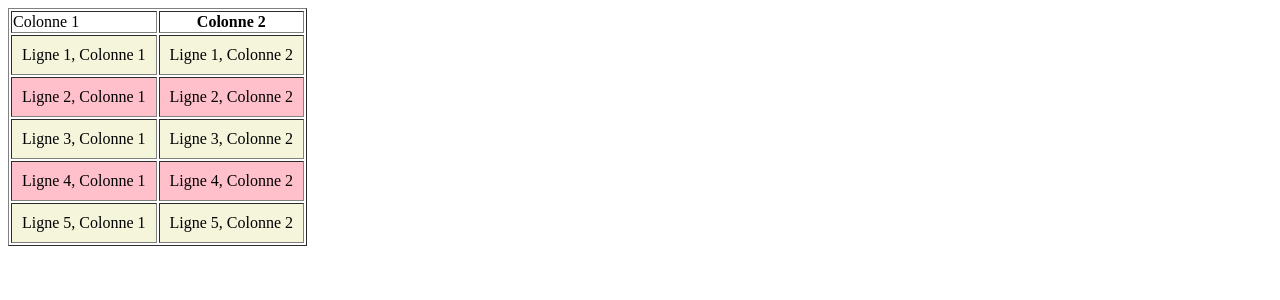
Repository: Chaimaa482/web-tp4
Page: ex1.html
The author's editor kept a copy of each file at every save. The page is drawn from the files as they stood at one save, then again after a run of saves.
The browser window is 1280 px wide. The pictures show the whole page.

Above is the page before, as saved 2023-10-22 15:38:01.

### ex1.html
<!DOCTYPE html>
<html>
<head>
</head>
<body>
    <table id="myTable" border="1">
        <tr>
            <td>Colonne 1</td>
            <th>Colonne 2</th>
        </tr>
        <tr>
            <td>Ligne 1, Colonne 1</td>
            <td>Ligne 1, Colonne 2</td>
        </tr>
        <tr>
            <td>Ligne 2, Colonne 1</td>
            <td>Ligne 2, Colonne 2</td>
        </tr>
        <tr>
            <td>Ligne 3, Colonne 1</td>
            <td>Ligne 3, Colonne 2</td>
        </tr>
        <tr>
            <td>Ligne 4, Colonne 1</td>
            <td>Ligne 4, Colonne 2</td>
        </tr>
        <tr>
            <td>Ligne 5, Colonne 1</td>
            <td>Ligne 5, Colonne 2</td>
        </tr>
    </table>

    <script>
        var table = document.getElementById("myTable");
        var cells = table.getElementsByTagName("td");


        // Fusionner les cellules de la première ligne
        var th = table.querySelector("tr:first-child th");
        th.colSpan = 2;

        // Donner une couleur de fond rose aux lignes paires et beige aux lignes impaires
        var rows = table.querySelectorAll("tr");
        for (var i = 1; i < rows.length; i++) {
            if (i % 2 === 0) {
                rows[i].style.backgroundColor = "pink";
            } else {
                rows[i].style.backgroundColor = "beige";
            }
        }

        // Donner une classe col1 aux colonnes paires et col2 aux colonnes impaires
        var cellsCol1 = table.getElementsByClassName("col1");
        var cellsCol2 = table.getElementsByClassName("col2");
        for (var i = 0; i < cells.length; i++) {
            if (i % 2 === 0) {
                cells[i].className = "col1";
            } else {
                cells[i].className = "col2";
            }
        }

        // Augmenter le padding de toutes les cellules sauf celles de la première ligne
        for (var i = 1; i < cells.length; i++) {
            cells[i].style.padding = "10px";
        }
    </script>
</body>
</html>

After the next 2 saves:
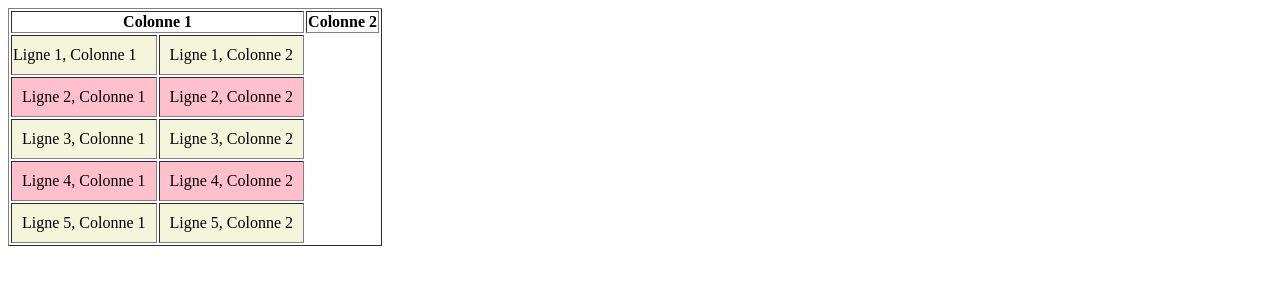
The 2 saves are shown as one change because they came seconds apart.
The last was saved 18 s later.
--- a/ex1.html
+++ b/ex1.html
@@ -5,7 +5,7 @@
 <body>
     <table id="myTable" border="1">
         <tr>
-            <td>Colonne 1</td>
+            <th>Colonne 1</th>
             <th>Colonne 2</th>
         </tr>
         <tr>
